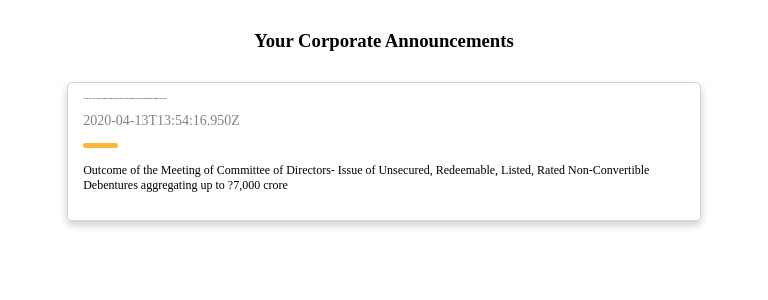
Repository: bhumikagohil/announcements
Page: card1.html
These files come from the project's save history. The page is drawn as it stood at one moment and after the next save; the edit follows.
The browser window is 768 px wide. The pictures show the whole page.
The page's requests for data from a server got no answer.

Above is the page before, as saved 2021-05-10 13:41:35.

After the next save:
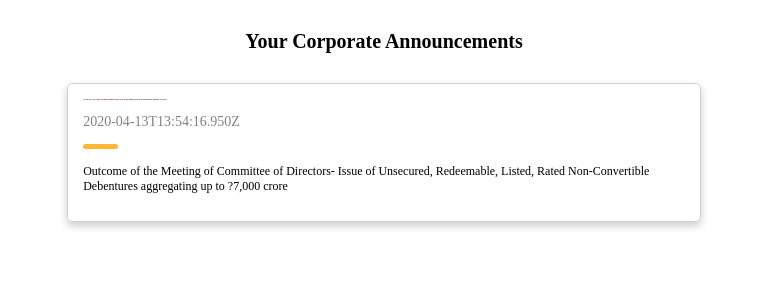
Saved 6 s later.
--- a/card1.css
+++ b/card1.css
@@ -52,7 +52,7 @@
 
 @media only screen and (max-width: 768px) {
   .heading {
-    /* font-size: 14px; */
+    font-size: 20px;
   }
   .title {
     font-size: 1px;
